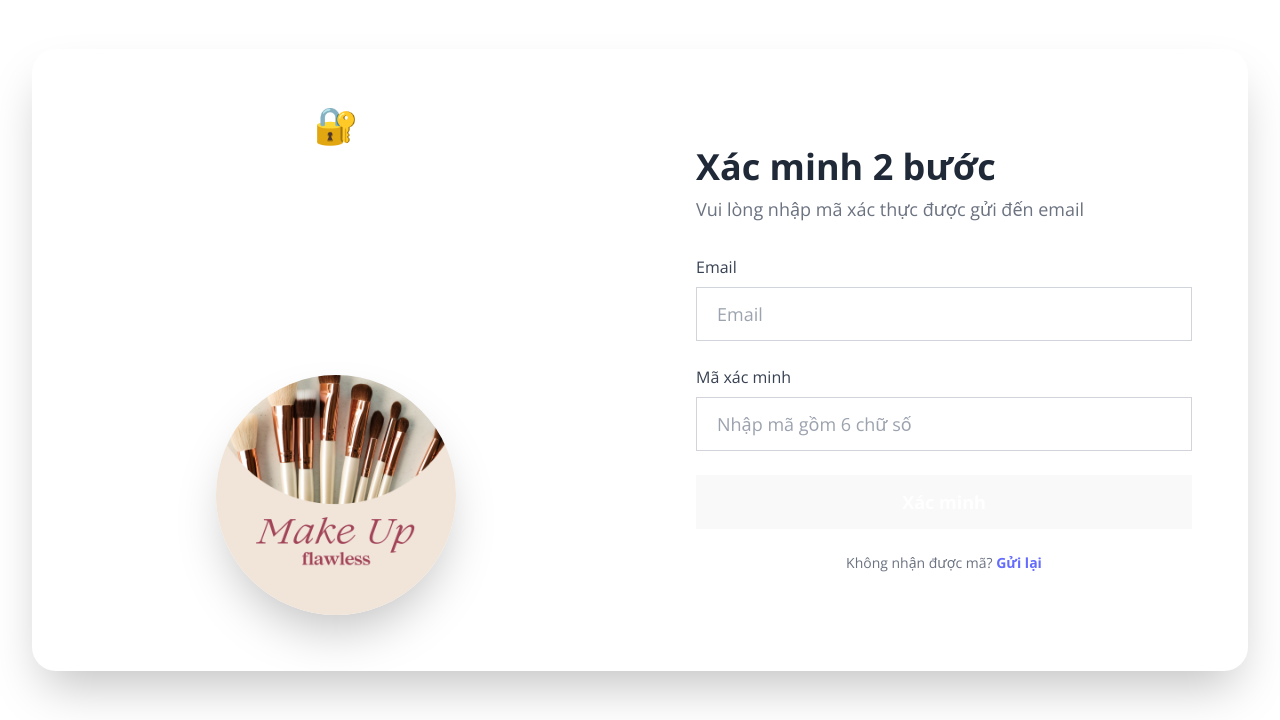
Repository: NguyenNgoQuangHoang/flawless
Page: /two_face
An editor plug-in stored every save of this project. The page is shown before and after the next save, followed by the edit.
The browser window is 1280 px wide. The pictures show the whole page.
The project was rebuilt for these pictures with package versions that can differ from the ones it lists, and the page was loaded fresh each time. Also part of the build but not shown: vite.config.ts, src/components/UserMenu.tsx, src/components/Header.tsx, src/components/SidebarNavItem.tsx, src/components/SidebarUpdateCard.tsx, src/components/Sidebar.tsx, src/components/Layout.tsx, src/components/SearchFilterBar.tsx and 24 more.

Above is the page before, as saved 2025-07-13 10:33:07.

### index.html
<!doctype html>
<html lang="en">
  <head>
    <meta charset="UTF-8" />
    <link rel="icon" type="image/svg+xml" href="/public/logo-flawless.png" />
    <meta name="viewport" content="width=device-width, initial-scale=1.0" />
    <title>Flawless</title>
    <link href="https://fonts.googleapis.com/css2?family=Allura&display=swap" rel="stylesheet">
    <link rel="stylesheet" href="https://fonts.googleapis.com/css2?family=Open+Sans:wght@400;700&display=swap" />
    <link rel="stylesheet" href="https://cdnjs.cloudflare.com/ajax/libs/font-awesome/6.5.0/css/all.min.css" />
  </head>
  <body>
    <div id="root"></div>
    <script type="module" src="/src/main.tsx"></script>
  </body>
</html>

### src/main.tsx
import { StrictMode } from 'react'
import { createRoot } from 'react-dom/client'
import './index.css'
import App from './App.tsx'
import { Provider } from 'react-redux'
import { store } from './redux/store'

createRoot(document.getElementById('root')!).render(
  <StrictMode>
    <Provider store={store}>
      <App />
    </Provider>
  </StrictMode>,
)

### src/index.css
/* Custom styles can be added below */
@import './styles/global.css';
@tailwind base;
@tailwind components;
@tailwind utilities;


body {
  margin: 0;
  padding: 0;
  width: 100vw;
  min-height: 100vh;
  overflow-x: hidden;
  font-family: 'Open Sans', system-ui, sans-serif;
  background: #f8f9fa;
}

:root {
  color-scheme: light dark;
  color: rgba(255, 255, 255, 0.87);
  background-color: #242424;

  font-synthesis: none;
  text-rendering: optimizeLegibility;
  -webkit-font-smoothing: antialiased;
  -moz-osx-font-smoothing: grayscale;
}

a {
  font-weight: 500;
  color: #646cff;
  text-decoration: inherit;
}
a:hover {
  color: #535bf2;
}

h1 {
  font-size: 3.2em;
  line-height: 1.1;
}

button {
  border-radius: 8px;
  border: 1px solid transparent;
  padding: 0.6em 1.2em;
  font-size: 1em;
  font-weight: 500;
  font-family: inherit;
  background-color: #1a1a1a;
  cursor: pointer;
  transition: border-color 0.25s;
}
button:hover {
  border-color: #646cff;
}
button:focus,
button:focus-visible {
  outline: 4px auto -webkit-focus-ring-color;
}

@media (prefers-color-scheme: light) {
  :root {
    color: #213547;
    background-color: #ffffff;
  }
  a:hover {
    color: #747bff;
  }
  button {
    background-color: #f9f9f9;
  }
}

### src/redux/store.ts
import { configureStore } from "@reduxjs/toolkit";
import { persistStore, persistReducer } from "redux-persist";
import storage from "redux-persist/lib/storage"; // localStorage
import searchReducer from "./slices/searchSlice";
import revenueReducer from "./slices/revenueSlice";
import bookingReducer from "./slices/bookingSlice";
import bestArtistReducer from "./slices/bestArtistSlice";
import bestServiceReducer from "./slices/bestServiceSlice";
import customerReducer from "./slices/customerSlice";
import artistReducer from "./slices/artistSlice";
import reviewReducer from "./slices/reviewSlice";
import appointmentReducer from "./slices/appointmentSlice";
import artistListReducer from "./slices/artistListSlice";
import customerListReducer from "./slices/customerListSlice";
import authReducer from "./slices/authSlice";

const persistConfig = {
	key: "root",
	storage,
	whitelist: ["artistList", "auth"], // persist these reducers
};

const persistedArtistReducer = persistReducer(persistConfig, artistListReducer);
const persistedAuthReducer = persistReducer(persistConfig, authReducer);

export const store = configureStore({
	reducer: {
		search: searchReducer,
		revenue: revenueReducer,
		booking: bookingReducer,
		bestArtist: bestArtistReducer,
		bestService: bestServiceReducer,
		customer: customerReducer,
		artist: artistReducer,
		review: reviewReducer,
		appointment: appointmentReducer,
		artistList: persistedArtistReducer,
		customerList: customerListReducer,
		auth: persistedAuthReducer,
	},
	middleware: (getDefaultMiddleware) =>
		getDefaultMiddleware({
			serializableCheck: false,
		}),
});

export type RootState = ReturnType<typeof store.getState>;
export const persistor = persistStore(store);

### src/styles/global.css
/* Global styles */
* {
  margin: 0;
  padding: 0;
  box-sizing: border-box;
}

body {
  font-family: 'Open Sans', system-ui, -apple-system, BlinkMacSystemFont, 'Segoe UI', Roboto, Oxygen, Ubuntu, Cantarell, 'Helvetica Neue', sans-serif;
  -webkit-font-smoothing: antialiased;
  -moz-osx-font-smoothing: grayscale;
}

### src/pages/Login_twoface.tsx
import React from 'react';

const TwoFactorPage = () => {
  return (
    <div className="min-h-screen bg-white flex items-center justify-center p-8">
      <div className="flex flex-col md:flex-row w-full max-w-7xl h-[800px] bg-white rounded-3xl shadow-2xl overflow-hidden">

        {/* Left Side */}
        <div className="md:w-1/2 w-full bg-gradient-to-b from-[#DABEDB] to-[#C8A7CB] p-14 flex flex-col justify-center items-center text-white text-center">
          <div className="text-4xl mb-4">🔐</div>
          <h2 className="text-3xl font-bold">Xác minh bảo mật</h2>
          <h1 className="text-5xl font-extrabold mb-6">FLAWLESS</h1>
          <p className="text-lg leading-relaxed">
            Nhập mã xác minh<br />
            Để hoàn tất đăng nhập
          </p>
          <div className="mt-12">
            <div className="rounded-full w-60 h-60 bg-[#fbe8fc] flex items-center justify-center shadow-2xl">
              <img
                src="/img/flawless.png"
                alt="Logo"
                className="w-60 h-60 rounded-full object-cover"
              />
            </div>
          </div>
        </div>

        {/* Right Side */}
        <div className="md:w-1/2 w-full p-14 flex flex-col justify-center">
          <h2 className="text-4xl font-bold text-gray-800 mb-2">Xác minh 2 bước</h2>
          <p className="text-lg text-gray-500 mb-8">Vui lòng nhập mã xác thực được gửi đến email</p>

          <form className="space-y-6">
            <div>
              <label className="text-base font-medium text-gray-700">Email</label>
              <input
                type="email"
                placeholder="Email"
                className="w-full mt-2 px-5 py-3 border border-gray-300 rounded-lg text-lg focus:outline-none focus:ring-2 focus:ring-purple-400"
              />
            </div>
            <div>
              <label className="text-base font-medium text-gray-700">Mã xác minh</label>
              <input
                type="text"
                placeholder="Nhập mã gồm 6 chữ số"
                className="w-full mt-2 px-5 py-3 border border-gray-300 rounded-lg text-lg focus:outline-none focus:ring-2 focus:ring-purple-400"
              />
            </div>

            <button
              type="submit"
              className="w-full py-3 text-lg bg-[#C29BB5] hover:bg-[#b387a5] text-white rounded-lg font-semibold transition"
            >
              Xác minh
            </button>
          </form>

          <div className="text-sm text-center text-gray-500 mt-6">
            <p>Không nhận được mã? <a href="#" className="text-[#A67396] font-semibold hover:underline">Gửi lại</a></p>
          </div>
        </div>
      </div>
    </div>
  );
};

export default TwoFactorPage;

### src/redux/slices/searchSlice.ts
import { createSlice } from '@reduxjs/toolkit';

interface SearchState {
  customerSearch: string;
  artistSearch: string;
  artistSearchReview: string;
  date: string;
}

// const today = new Date().toISOString().slice(0, 10);

const initialState: SearchState = {
  customerSearch: '',
  artistSearch: '',
  artistSearchReview: '',
  date: '',
};

const searchSlice = createSlice({
  name: 'search',
  initialState,
  reducers: {
    setCustomerSearch(state, action: { payload: string }) {
      state.customerSearch = action.payload;
    },
    setArtistSearch(state, action: { payload: string }) {
      state.artistSearch = action.payload;
    },
    setArtistSearchReview(state, action: { payload: string }) {
      state.artistSearchReview = action.payload;
    },
    setDate(state, action: { payload: string }) {
      state.date = action.payload;
    },
  },
});

export const { setCustomerSearch, setArtistSearch, setArtistSearchReview, setDate } = searchSlice.actions;
export default searchSlice.reducer;

### src/redux/slices/revenueSlice.ts
// src/redux/slices/revenueSlice.ts
import { createSlice, createAsyncThunk } from "@reduxjs/toolkit";

export const fetchTotalRevenue = createAsyncThunk(
  "revenue/fetchTotalRevenue",
  async () => {
    const res = await fetch("/api/totalRevenue.json");
    if (!res.ok) throw new Error("Failed to fetch totalRevenue.json");
    return await res.json();
  }
);

const revenueSlice = createSlice({
  name: "revenue",
  initialState: {
    data: null as any, // instead of `null`
    loading: false,
    error: null as string | null,
  },
  reducers: {},
  extraReducers: (builder) => {
    builder
      .addCase(fetchTotalRevenue.pending, (state) => {
        state.loading = true;
        state.error = null;
      })
      .addCase(fetchTotalRevenue.fulfilled, (state, action) => {
        state.loading = false;
        state.data = action.payload;
      })
      .addCase(fetchTotalRevenue.rejected, (state, action) => {
        state.loading = false;
        state.error = action.error.message || "Error fetching data";
      });
  },
});

export default revenueSlice.reducer;

### src/redux/slices/bookingSlice.ts
import { createSlice, createAsyncThunk } from "@reduxjs/toolkit";

export const fetchTotalBooking = createAsyncThunk(
  "booking/fetchTotalBooking",
  async () => {
    const res = await fetch("/api/totalBooking.json");
    if (!res.ok) throw new Error("Failed to fetch totalBooking.json");
    return await res.json();
  }
);

const bookingSlice = createSlice({
  name: "booking",
  initialState: {
    data: null as any, // instead of `null`
    loading: false,
    error: null as string | null,
  },
  reducers: {},
  extraReducers: (builder) => {
    builder
      .addCase(fetchTotalBooking.pending, (state) => {
        state.loading = true;
        state.error = null;
      })
      .addCase(fetchTotalBooking.fulfilled, (state, action) => {
        state.loading = false;
        state.data = action.payload;
      })
      .addCase(fetchTotalBooking.rejected, (state, action) => {
        state.loading = false;
        state.error = action.error.message || "Error fetching data";
      });
  },
});

export default bookingSlice.reducer;

### src/redux/slices/bestArtistSlice.ts
import { createSlice, createAsyncThunk } from "@reduxjs/toolkit";

export const fetchBestArtist = createAsyncThunk(
  "bestArtist/fetchBestArtist",
  async () => {
    const res = await fetch("/api/bestArtist.json");
    if (!res.ok) throw new Error("Failed to fetch bestArtist.json");
    return await res.json();
  }
);

const bestArtistSlice = createSlice({
  name: "bestArtist",
  initialState: {
    data: null as any, // instead of `null`
    loading: false,
    error: null as string | null,
  },
  reducers: {},
  extraReducers: (builder) => {
    builder
      .addCase(fetchBestArtist.pending, (state) => {
        state.loading = true;
        state.error = null;
      })
      .addCase(fetchBestArtist.fulfilled, (state, action) => {
        state.loading = false;
        state.data = action.payload;
      })
      .addCase(fetchBestArtist.rejected, (state, action) => {
        state.loading = false;
        state.error = action.error.message || "Error fetching data";
      });
  },
});

export default bestArtistSlice.reducer;

### src/redux/slices/bestServiceSlice.ts
import { createSlice, createAsyncThunk } from "@reduxjs/toolkit";

export const fetchBestService = createAsyncThunk(
  "bestService/fetchBestService",
  async () => {
    const res = await fetch("/api/bestService.json");
    if (!res.ok) throw new Error("Failed to fetch bestService.json");
    return await res.json();
  }
);

const bestServiceSlice = createSlice({
  name: "bestService",
  initialState: {
    data: null as any, // instead of `null`
    loading: false,
    error: null as string | null,
  },
  reducers: {},
  extraReducers: (builder) => {
    builder
      .addCase(fetchBestService.pending, (state) => {
        state.loading = true;
        state.error = null;
      })
      .addCase(fetchBestService.fulfilled, (state, action) => {
        state.loading = false;
        state.data = action.payload;
      })
      .addCase(fetchBestService.rejected, (state, action) => {
        state.loading = false;
        state.error = action.error.message || "Error fetching data";
      });
  },
});

export default bestServiceSlice.reducer;

### src/redux/slices/customerSlice.ts
import { createSlice, createAsyncThunk } from "@reduxjs/toolkit";

export const fetchTotalCustomer = createAsyncThunk(
  "customer/fetchTotalCustomer",
  async () => {
    const res = await fetch("/api/totalCustomer.json");
    if (!res.ok) throw new Error("Failed to fetch totalCustomer.json");
    return await res.json();
  }
);

const customerSlice = createSlice({
  name: "customer",
  initialState: {
    data: null as any, // instead of `null`
    loading: false,
    error: null as string | null,
  },
  reducers: {},
  extraReducers: (builder) => {
    builder
      .addCase(fetchTotalCustomer.pending, (state) => {
        state.loading = true;
        state.error = null;
      })
      .addCase(fetchTotalCustomer.fulfilled, (state, action) => {
        state.loading = false;
        state.data = action.payload;
      })
      .addCase(fetchTotalCustomer.rejected, (state, action) => {
        state.loading = false;
        state.error = action.error.message || "Error fetching data";
      });
  },
});

export default customerSlice.reducer;

### src/redux/slices/artistSlice.ts
import { createSlice, createAsyncThunk } from "@reduxjs/toolkit";

export const fetchTotalArtist = createAsyncThunk(
  "artist/fetchTotalArtist",
  async () => {
    const res = await fetch("/api/totalArtist.json");
    if (!res.ok) throw new Error("Failed to fetch totalArtist.json");
    return await res.json();
  }
);

const artistSlice = createSlice({
  name: "artist",
  initialState: {
    data: null as any, // instead of `null`
    loading: false,
    error: null as string | null,
  },
  reducers: {},
  extraReducers: (builder) => {
    builder
      .addCase(fetchTotalArtist.pending, (state) => {
        state.loading = true;
        state.error = null;
      })
      .addCase(fetchTotalArtist.fulfilled, (state, action) => {
        state.loading = false;
        state.data = action.payload;
      })
      .addCase(fetchTotalArtist.rejected, (state, action) => {
        state.loading = false;
        state.error = action.error.message || "Error fetching data";
      });
  },
});

export default artistSlice.reducer;

### src/redux/slices/reviewSlice.ts
// src/redux/slices/reviewSlice.ts
import { createSlice, createAsyncThunk } from "@reduxjs/toolkit";
import axios from "axios";

export interface Review {
  id: string;
  customer: {
    idCu: string;
    nameCu: string;
    avatar: string;
  };
  artist: {
    idAr: string;
    nameAr: string;
  };
  service: string;
  message: string;
  rating: number;
  datetime: string;
}

interface ReviewState {
  totalReview: Review[];
  loading: boolean;
  error: string | null;
}

const initialState: ReviewState = {
  totalReview: [],
  loading: false,
  error: null,
};

export const fetchTotalReview = createAsyncThunk("review/fetchTotalReview", async () => {
  const response = await axios.get("/api/totalReview.json");
  return response.data.totalReview as Review[];
});

const reviewSlice = createSlice({
  name: "review",
  initialState,
  reducers: {},
  extraReducers: (builder) => {
    builder
      .addCase(fetchTotalReview.pending, (state) => {
        state.loading = true;
        state.error = null;
      })
      .addCase(fetchTotalReview.fulfilled, (state, action) => {
        state.loading = false;
        state.totalReview = action.payload;
      })
      .addCase(fetchTotalReview.rejected, (state, action) => {
        state.loading = false;
        state.error = action.error.message || "Failed to fetch reviews.";
      });
  },
});

export default reviewSlice.reducer;

### src/redux/slices/appointmentSlice.ts
import { createSlice, createAsyncThunk } from '@reduxjs/toolkit';
import axios from 'axios';
export interface Appointment {
    idCus: string,
    nameCus: string,
    avatarCus: string,
    datetime: string,
    nameAr: string,
    service: string,
    status: string
  }
interface AppointmentState {
    totalAppointment: Appointment[];
    loading: boolean;
    error: string | null;
  }
const initialState: AppointmentState = {
    totalAppointment: [],
    loading: false,
    error: null,
  };
// Giả lập API call
export const fetchTotalAppointment = createAsyncThunk(
  'appointment/fetchTotalAppointment',
  async () => {
    const response = await axios.get('/api/totalAppointment.json'); // Đảm bảo file này nằm trong public/
    return response.data.totalAppointment as Appointment[];
  }
);

const totalAppointmentSlice = createSlice({
  name: 'appointment',
  initialState,
  reducers: {
    // Thêm reducer tùy chỉnh nếu cần
  },
  extraReducers: (builder) => {
    builder
      .addCase(fetchTotalAppointment.pending, (state) => {
        state.loading = true;
        state.error = null;
      })
      .addCase(fetchTotalAppointment.fulfilled, (state, action) => {
        state.loading = false;
        state.totalAppointment = action.payload;
      })
      .addCase(fetchTotalAppointment.rejected, (state, action) => {
        state.loading = false;
        state.error = action.error.message || "Failed to fetch reviews.";
      });
  },
});

export default totalAppointmentSlice.reducer;

### src/redux/slices/customerListSlice.ts
import { createSlice, createAsyncThunk } from "@reduxjs/toolkit";
import axios from "axios";
import type { CustomerItem, CustomerListState } from "../../types/CustomerItem";

const initialState: CustomerListState = {
	customerList: [],
	loading: false,
	error: null,
};

export const fetchCustomerList = createAsyncThunk(
	"customerList/fetchCustomerList",
	async () => {
		const response = await axios.get("/api/customerList.json");
        console.log("customerListSlice: " + response.data.customerList);
		return response.data.customerList as CustomerItem[];
	},
);

const customerListSlice = createSlice({
	name: "customerList",
	initialState,
	reducers: {},
	extraReducers: (builder) => {
		builder
			.addCase(fetchCustomerList.pending, (state) => {
				state.loading = true;
				state.error = null;
			})
			.addCase(fetchCustomerList.fulfilled, (state, action) => {
				state.loading = false;
				state.customerList = action.payload;
			})
			.addCase(fetchCustomerList.rejected, (state, action) => {
				state.loading = false;
				state.error = action.error.message || "Failed to fetch customerList.";
			});
	},
});

export default customerListSlice.reducer;

Loaded but not shown: tailwind.config.js (37 lines, source omitted); src/redux/slices/authSlice.ts (113 lines, source omitted); src/App.tsx (55 lines, source omitted); src/redux/slices/artistListSlice.ts (100 lines, source omitted)

After the next save:
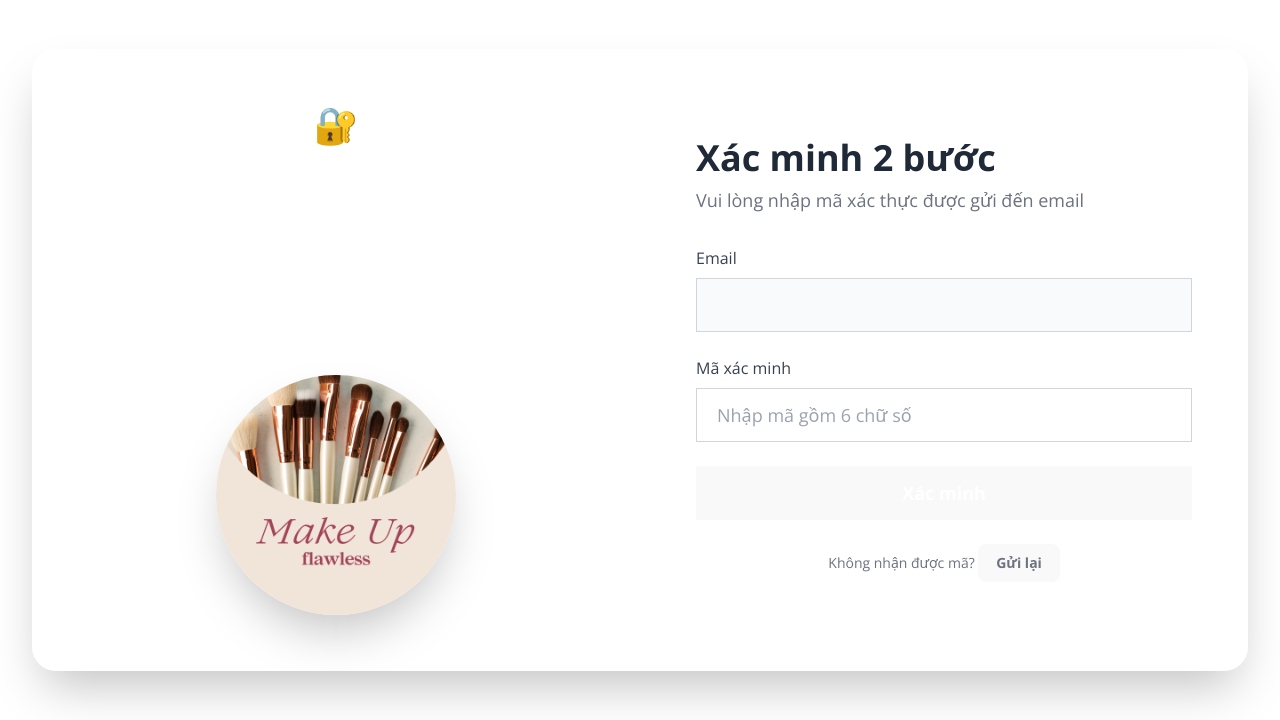
Saved 28 s later.
--- a/src/pages/Login_twoface.tsx
+++ b/src/pages/Login_twoface.tsx
@@ -1,10 +1,77 @@
-import React from 'react';
+import React, { useState } from 'react';
+import { useDispatch, useSelector } from 'react-redux';
+import { useNavigate } from 'react-router-dom';
+import axios from 'axios';
+import type { RootState } from '../redux/store';
+import { setCredentials } from '../redux/slices/authSlice';
 
 const TwoFactorPage = () => {
+  const [otp, setOtp] = useState('');
+  const [isLoading, setIsLoading] = useState(false);
+  const [error, setError] = useState<string | null>(null);
+  const navigate = useNavigate();
+  const dispatch = useDispatch();
+
+  const { email } = useSelector((state: RootState) => state.auth);
+
+  const handleSubmit = async (e: React.FormEvent) => {
+    e.preventDefault();
+    setIsLoading(true);
+    setError(null);
+
+    try {
+      const formData = new FormData();
+      formData.append('Email', email || '');
+      formData.append('Code', otp);
+
+      const response = await axios.post(
+        'https://flawless-a2exc2hwcge8bbfz.canadacentral-01.azurewebsites.net/api/user-account/two-factor',
+        formData,
+        {
+          headers: {
+            'accept': '*/*',
+            'Content-Type': 'multipart/form-data',
+          },
+        }
+      );
+
+      if (response.data.isSuccess) {
+        dispatch(setCredentials(response.data));
+        navigate('/dashboard-admin');
+      } else {
+        setError(response.data.errorMessage || 'Verification failed');
+      }
+    } catch (err: any) {
+      setError(err.response?.data?.errorMessage || 'Failed to verify code');
+    } finally {
+      setIsLoading(false);
+    }
+  };
+
+  const handleResendCode = async () => {
+    setError(null);
+    try {
+      const formData = new FormData();
+      formData.append('Email', email || '');
+
+      await axios.post(
+        'https://flawless-a2exc2hwcge8bbfz.canadacentral-01.azurewebsites.net/api/user-account/resend-code',
+        formData,
+        {
+          headers: {
+            'accept': '*/*',
+            'Content-Type': 'multipart/form-data',
+          },
+        }
+      );
+    } catch (err: any) {
+      setError(err.response?.data?.errorMessage || 'Failed to resend code');
+    }
+  };
+
   return (
     <div className="min-h-screen bg-white flex items-center justify-center p-8">
       <div className="flex flex-col md:flex-row w-full max-w-7xl h-[800px] bg-white rounded-3xl shadow-2xl overflow-hidden">
-
         {/* Left Side */}
         <div className="md:w-1/2 w-full bg-gradient-to-b from-[#DABEDB] to-[#C8A7CB] p-14 flex flex-col justify-center items-center text-white text-center">
           <div className="text-4xl mb-4">🔐</div>
@@ -30,13 +97,20 @@ const TwoFactorPage = () => {
           <h2 className="text-4xl font-bold text-gray-800 mb-2">Xác minh 2 bước</h2>
           <p className="text-lg text-gray-500 mb-8">Vui lòng nhập mã xác thực được gửi đến email</p>
 
-          <form className="space-y-6">
+          {error && (
+            <div className="mb-4 p-3 bg-red-100 text-red-700 rounded-lg">
+              {error}
+            </div>
+          )}
+
+          <form className="space-y-6" onSubmit={handleSubmit}>
             <div>
               <label className="text-base font-medium text-gray-700">Email</label>
               <input
                 type="email"
-                placeholder="Email"
-                className="w-full mt-2 px-5 py-3 border border-gray-300 rounded-lg text-lg focus:outline-none focus:ring-2 focus:ring-purple-400"
+                value={email || ''}
+                disabled
+                className="w-full mt-2 px-5 py-3 border border-gray-300 rounded-lg text-lg bg-gray-50"
               />
             </div>
             <div>
@@ -44,20 +118,35 @@ const TwoFactorPage = () => {
               <input
                 type="text"
                 placeholder="Nhập mã gồm 6 chữ số"
+                value={otp}
+                onChange={(e) => setOtp(e.target.value)}
                 className="w-full mt-2 px-5 py-3 border border-gray-300 rounded-lg text-lg focus:outline-none focus:ring-2 focus:ring-purple-400"
+                required
+                pattern="[0-9]{6}"
+                maxLength={6}
               />
             </div>
 
             <button
               type="submit"
-              className="w-full py-3 text-lg bg-[#C29BB5] hover:bg-[#b387a5] text-white rounded-lg font-semibold transition"
+              disabled={isLoading}
+              className={`w-full py-3 text-lg bg-[#C29BB5] hover:bg-[#b387a5] text-white rounded-lg font-semibold transition ${isLoading ? 'opacity-50 cursor-not-allowed' : ''
+                }`}
             >
-              Xác minh
+              {isLoading ? 'Đang xử lý...' : 'Xác minh'}
             </button>
           </form>
 
           <div className="text-sm text-center text-gray-500 mt-6">
-            <p>Không nhận được mã? <a href="#" className="text-[#A67396] font-semibold hover:underline">Gửi lại</a></p>
+            <p>
+              Không nhận được mã?{' '}
+              <button
+                onClick={handleResendCode}
+                className="text-[#A67396] font-semibold hover:underline"
+              >
+                Gửi lại
+              </button>
+            </p>
           </div>
         </div>
       </div>
